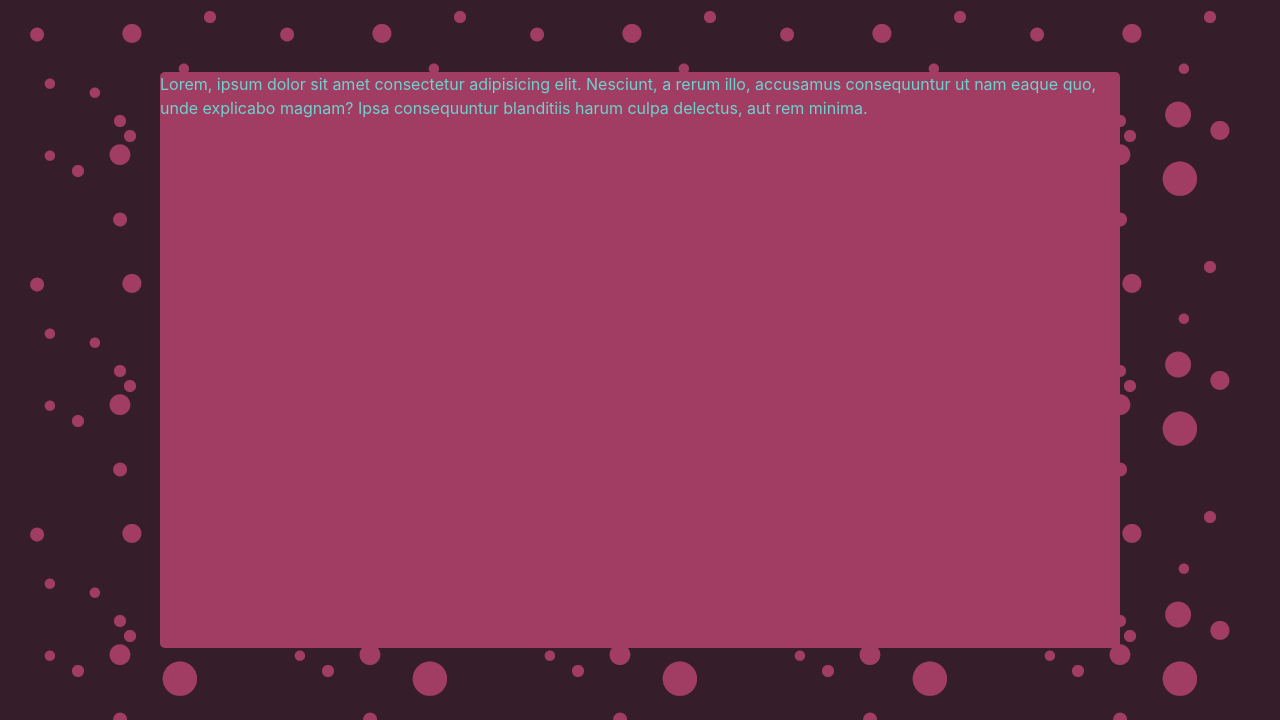
Repository: sylleryum/Frontend
Page: GetTopTracks/index.html
The author's editor kept a copy of each file at every save. The page is drawn from the files as they stood at one save, then again after a run of saves.
The browser window is 1280 px wide. The pictures show the whole page.

Above is the page before, as saved 2019-10-13 14:46:13.

### GetTopTracks/index.html
<!doctype html>
<html lang="en">
  <head>
    <title>Get top tracks from Artists and albums</title>
    <!-- Required meta tags -->
    <meta charset="utf-8">
    <meta name="viewport" content="width=device-width, initial-scale=1, shrink-to-fit=no">

    <!-- Bootstrap CSS -->
    <link rel="stylesheet" href="https://stackpath.bootstrapcdn.com/bootstrap/4.3.1/css/bootstrap.min.css" integrity="sha384-ggOyR0iXCbMQv3Xipma34MD+dH/1fQ784/j6cY/iJTQUOhcWr7x9JvoRxT2MZw1T" crossorigin="anonymous">

    <!-- main CSS-->
    <link rel="stylesheet" href="style.css">

  </head>
  <body>
      <div class="container-fluid background-master h-100">
          <div class="row align-items-center justify-content-center h-100">
               <div class="h-80 w-75 bg-4 text-1 rounded-lg" id="internal-container">Lorem, ipsum dolor sit amet consectetur adipisicing elit. Nesciunt, a rerum illo, accusamus consequuntur ut nam eaque quo, unde explicabo magnam? Ipsa consequuntur blanditiis harum culpa delectus, aut rem minima.</div>
          </div>
      </div>








    <!-- Optional JavaScript -->
    <!-- jQuery first, then Popper.js, then Bootstrap JS -->
    <script src="https://code.jquery.com/jquery-3.3.1.slim.min.js" integrity="sha384-q8i/X+965DzO0rT7abK41JStQIAqVgRVzpbzo5smXKp4YfRvH+8abtTE1Pi6jizo" crossorigin="anonymous"></script>
    <script src="https://cdnjs.cloudflare.com/ajax/libs/popper.js/1.14.7/umd/popper.min.js" integrity="sha384-UO2eT0CpHqdSJQ6hJty5KVphtPhzWj9WO1clHTMGa3JDZwrnQq4sF86dIHNDz0W1" crossorigin="anonymous"></script>
    <script src="https://stackpath.bootstrapcdn.com/bootstrap/4.3.1/js/bootstrap.min.js" integrity="sha384-JjSmVgyd0p3pXB1rRibZUAYoIIy6OrQ6VrjIEaFf/nJGzIxFDsf4x0xIM+B07jRM" crossorigin="anonymous"></script>
  </body>
</html>

### GetTopTracks/style.css
.background-master{
     background: url(images/bb.png) repeat;
}

.h-100{
     min-height: 100vh;
 }

.h-80{
     min-height: 80vh;
 }

 .bg-1{background: #6dd3ce!important}
 .bg-2{background: #c8e9a0!important}
 .bg-3{background: #f7a278!important}
 .bg-4{background: #a13d63!important}
 .bg-5{background: #351e29!important}

.text-1{color: #6dd3ce!important}
.text-2{color: #c8e9a0!important}
.text-3{color: #f7a278!important}
.text-4{color: #a13d63!important}
.text-5{color: #351e29!important}

After the next 2 saves:
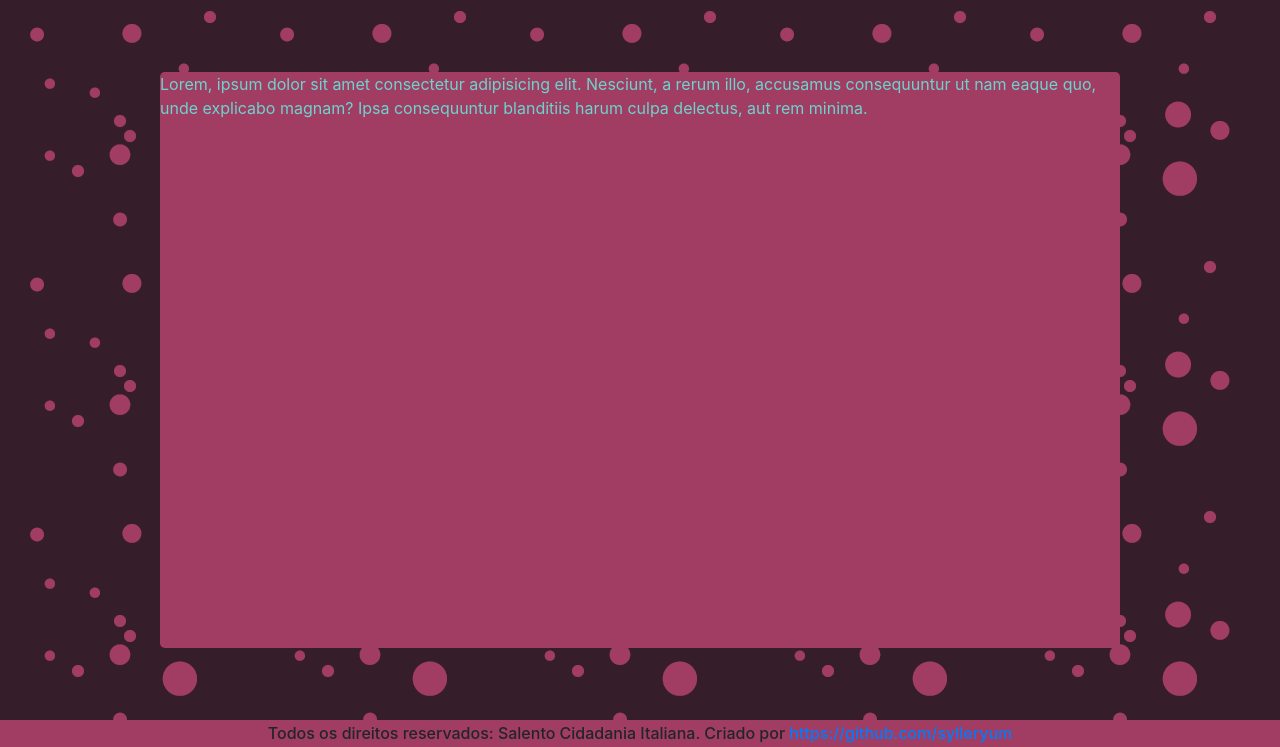
The 2 saves are shown as one change because they came seconds apart.
The last was saved 45 s later.
--- a/GetTopTracks/index.html
+++ b/GetTopTracks/index.html
@@ -26,7 +26,10 @@
 
 
 
+      <footer class="text-center p-1 m-0 bg-4">
+          <h6 class="p-0 m-0 text-w">Todos os direitos reservados: Salento Cidadania Italiana. Criado por<a href="https://github.com/sylleryum"> https://github.com/sylleryum</a></h6>
 
+     </footer>
     <!-- Optional JavaScript -->
     <!-- jQuery first, then Popper.js, then Bootstrap JS -->
     <script src="https://code.jquery.com/jquery-3.3.1.slim.min.js" integrity="sha384-q8i/X+965DzO0rT7abK41JStQIAqVgRVzpbzo5smXKp4YfRvH+8abtTE1Pi6jizo" crossorigin="anonymous"></script>

After the save that followed:
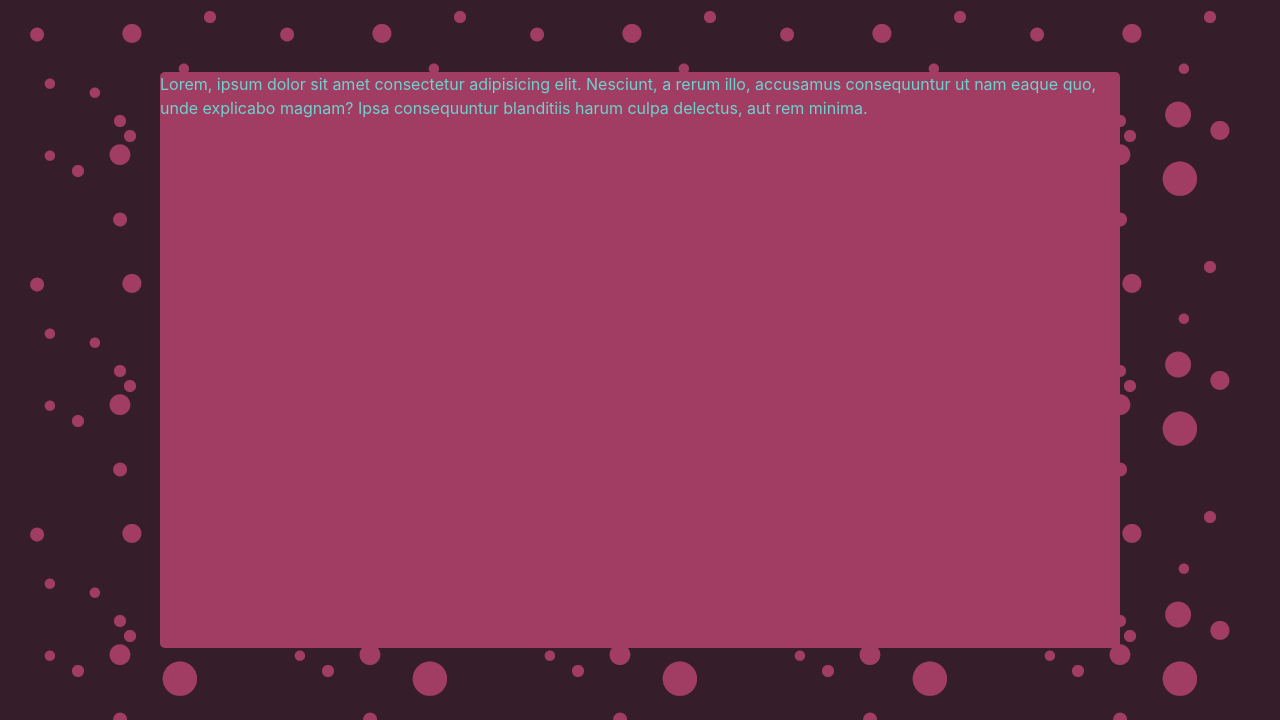
Saved 18 s later.
--- a/GetTopTracks/index.html
+++ b/GetTopTracks/index.html
@@ -26,10 +26,7 @@
 
 
 
-      <footer class="text-center p-1 m-0 bg-4">
-          <h6 class="p-0 m-0 text-w">Todos os direitos reservados: Salento Cidadania Italiana. Criado por<a href="https://github.com/sylleryum"> https://github.com/sylleryum</a></h6>
 
-     </footer>
     <!-- Optional JavaScript -->
     <!-- jQuery first, then Popper.js, then Bootstrap JS -->
     <script src="https://code.jquery.com/jquery-3.3.1.slim.min.js" integrity="sha384-q8i/X+965DzO0rT7abK41JStQIAqVgRVzpbzo5smXKp4YfRvH+8abtTE1Pi6jizo" crossorigin="anonymous"></script>
